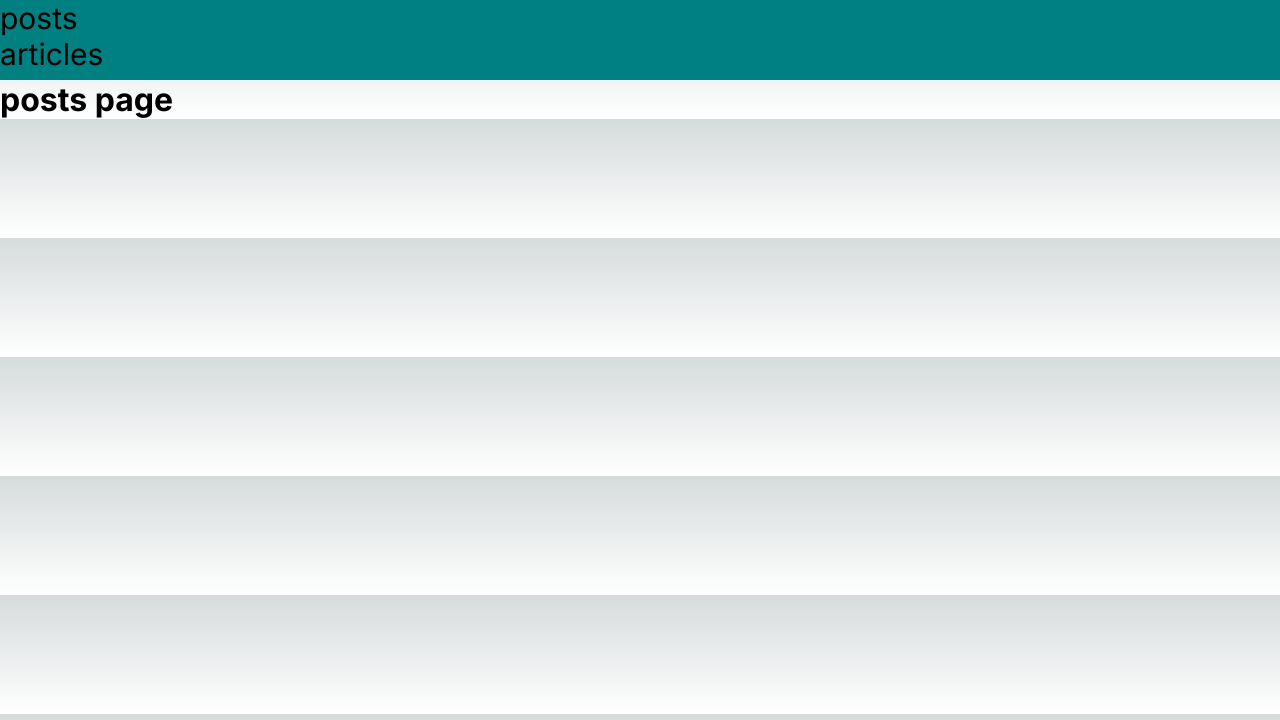
Repository: abdulrahmanmahmood/The-first-Next-js-app
Page: /posts
The author's editor kept a copy of each file at every save. The page is drawn from the files as they stood at one save, then again after a run of saves.
The browser window is 1280 px wide. The pictures show the whole page.
The project was rebuilt for these pictures with package versions that can differ from the ones it lists, and the page was loaded fresh each time. The framework's server and built-in components were replaced by stand-ins that run in the browser. Also part of the build but not shown: next.config.js.

Above is the page before, as saved 2023-10-29 23:19:56.

### app/layout.js
import { Inter } from "next/font/google";
import "./globals.css";
import Link from "next/link";

const inter = Inter({ subsets: ["latin"] });

export const metadata = {
  title: "Create Next App",
  description: "Generated by create next app",
};

export default function RootLayout({ children }) {
  return (
    <html lang="en">
      <body className={inter.className}>
        <nav
          style={{
            width: "100%",
            background: "teal",
            fontSize: "30px",
            height: "80px",
            display: "flex",
          }}
        >
          <ul>
            <li>
              <Link href="/posts">posts</Link>
            </li>
            <li>
              <Link href="/articles">articles</Link>
            </li>
          </ul>
        </nav>
        {children}
      </body>
    </html>
  );
}

### app/posts/page.js

function page() {
  return (
    <div>
      <h1>posts page</h1>
    </div>
  )
}

export default page

Loaded but not shown: app/globals.css (common file)

After the next 3 saves:
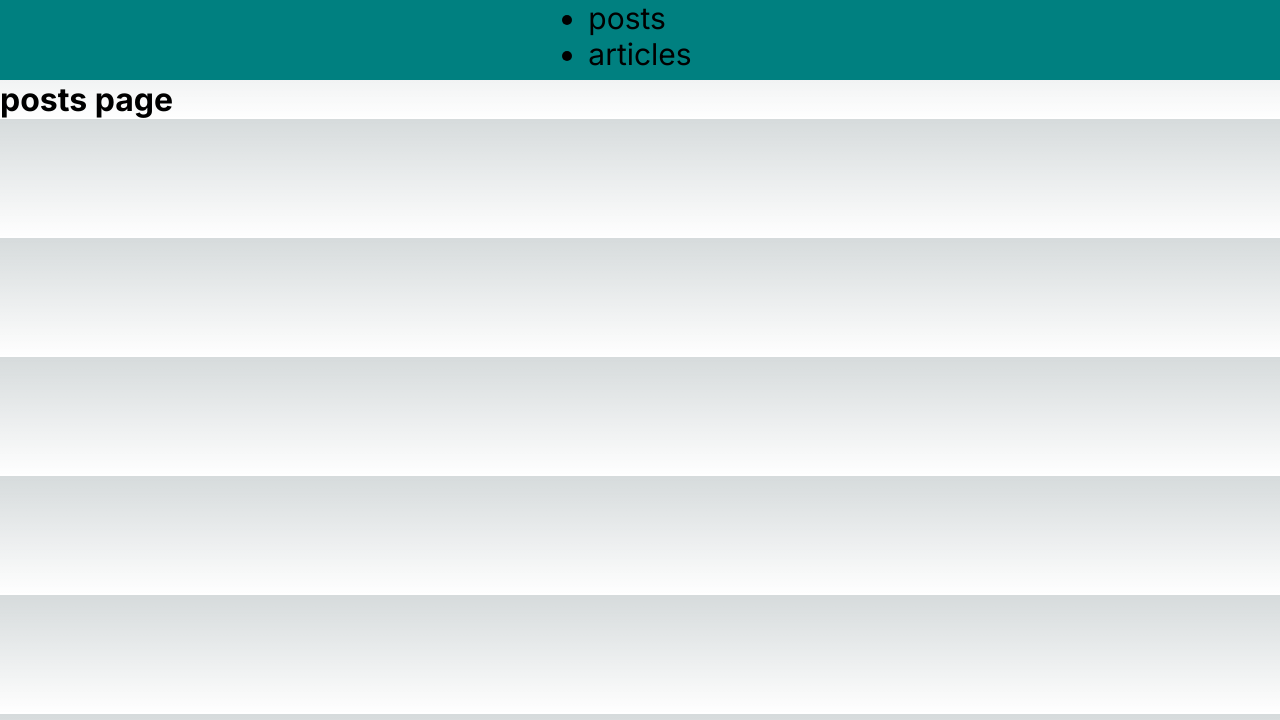
The 3 saves are shown as one change because 1 did not build or start and some came seconds apart.
The last was saved 49 s later.
--- a/app/layout.js
+++ b/app/layout.js
@@ -20,6 +20,7 @@ export default function RootLayout({ children }) {
             fontSize: "30px",
             height: "80px",
             display: "flex",
+            justifyContent:"center"
           }}
         >
           <ul>
